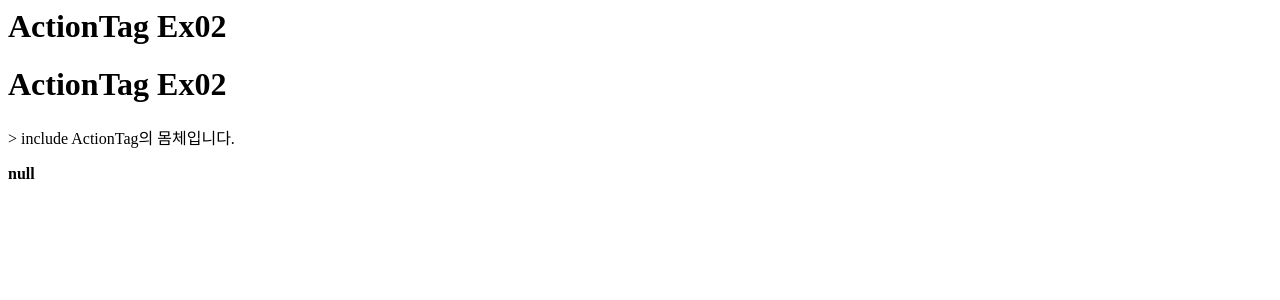
Repository: Ryustam/JSP
Page: http://localhost/jsp_actiontag/IncludeTagEx02.jsp
These files come from the project's save history. The page is drawn as it stood at one moment and after the next save; the edit follows.
The browser window is 1280 px wide. The pictures show the whole page.
The page is served by Tomcat 9.

Above is the page before, as saved 2021-11-03 07:23:33.

After the next save:
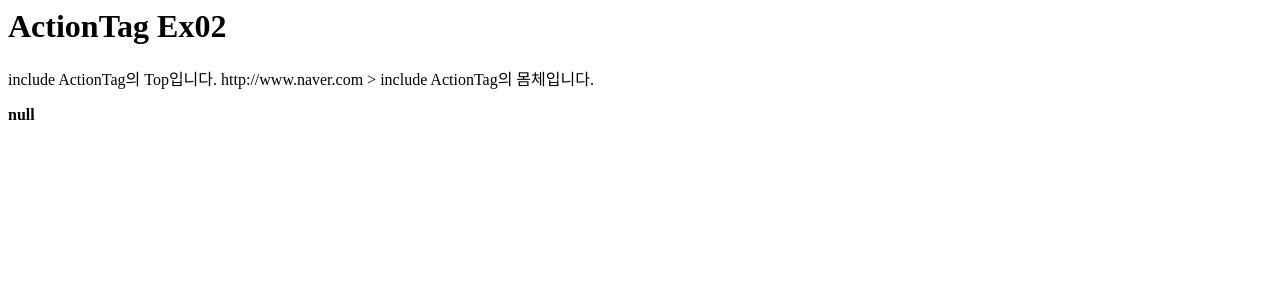
Saved 46 s later.
--- a/jsp_actiontag/src/main/webapp/IncludeTagTop2.jsp
+++ b/jsp_actiontag/src/main/webapp/IncludeTagTop2.jsp
@@ -1,9 +1,10 @@
 <%@ page language="java" contentType="text/html; charset=EUC-KR"
     pageEncoding="EUC-KR"%>
-<h1>ActionTag Ex02</h1>
 <%
 String siteName=request.getParameter("siteName");
 %>
+include ActionTag의 Top입니다.
+<%=siteName %>
 <!DOCTYPE html>
 <html>
 <head>
